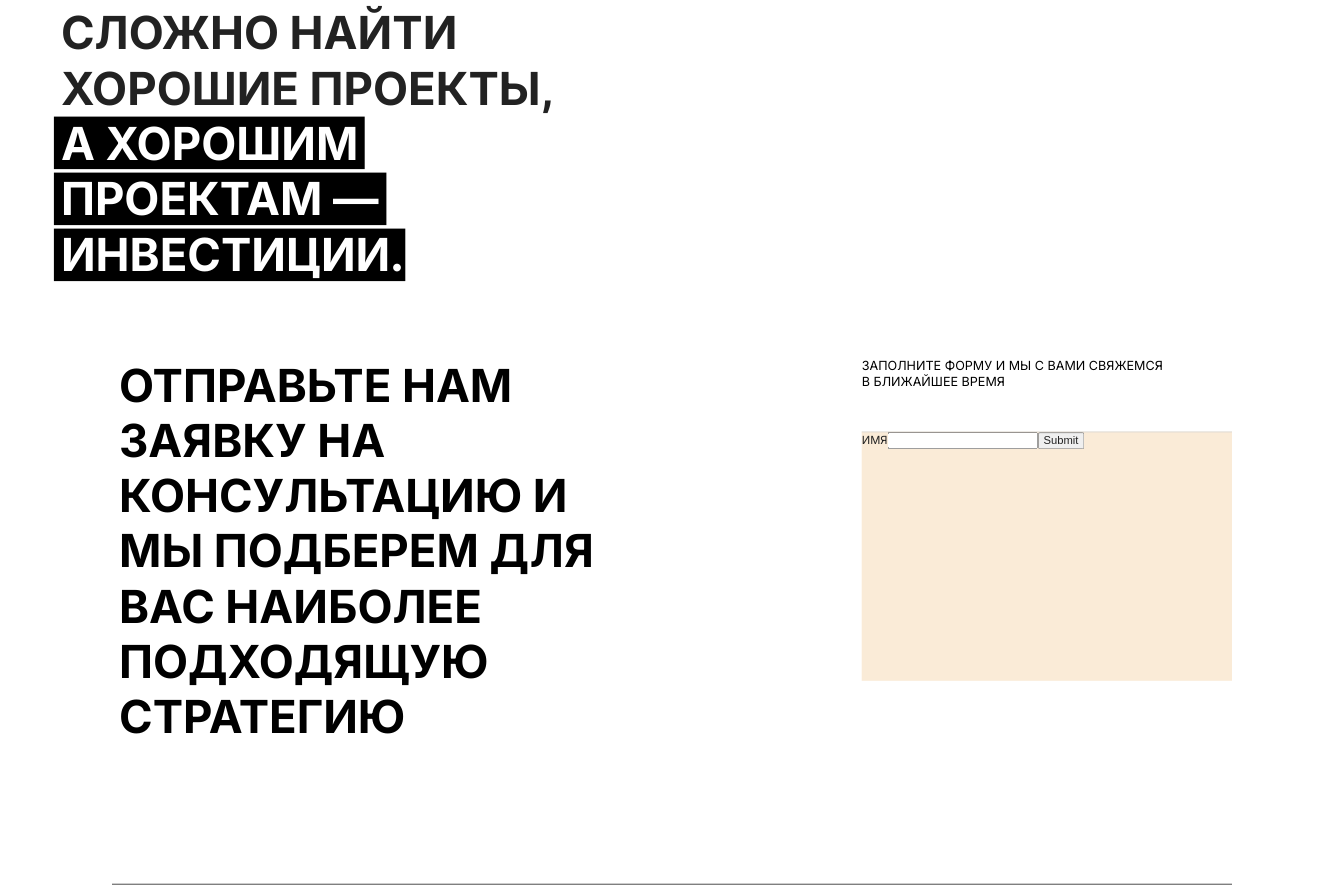
Repository: NadyaKorvin/frontiers
Page: /
These files come from the project's save history. The page is drawn as it stood at one moment and after the next save; the edit follows.
The browser window is 1280 px wide. The page is 1920 px wide, so the pictures cover 1920 px, including what lies to the right of the window. The pictures show the part of the page from y = 1152 to 2432 px (the page is 2665 px tall), at 70% of full size.
The project was rebuilt for these pictures with package versions that can differ from the ones it lists, and the page was loaded fresh each time.

Above is the page before, as saved 2022-05-23 17:24:19.

After the next save:
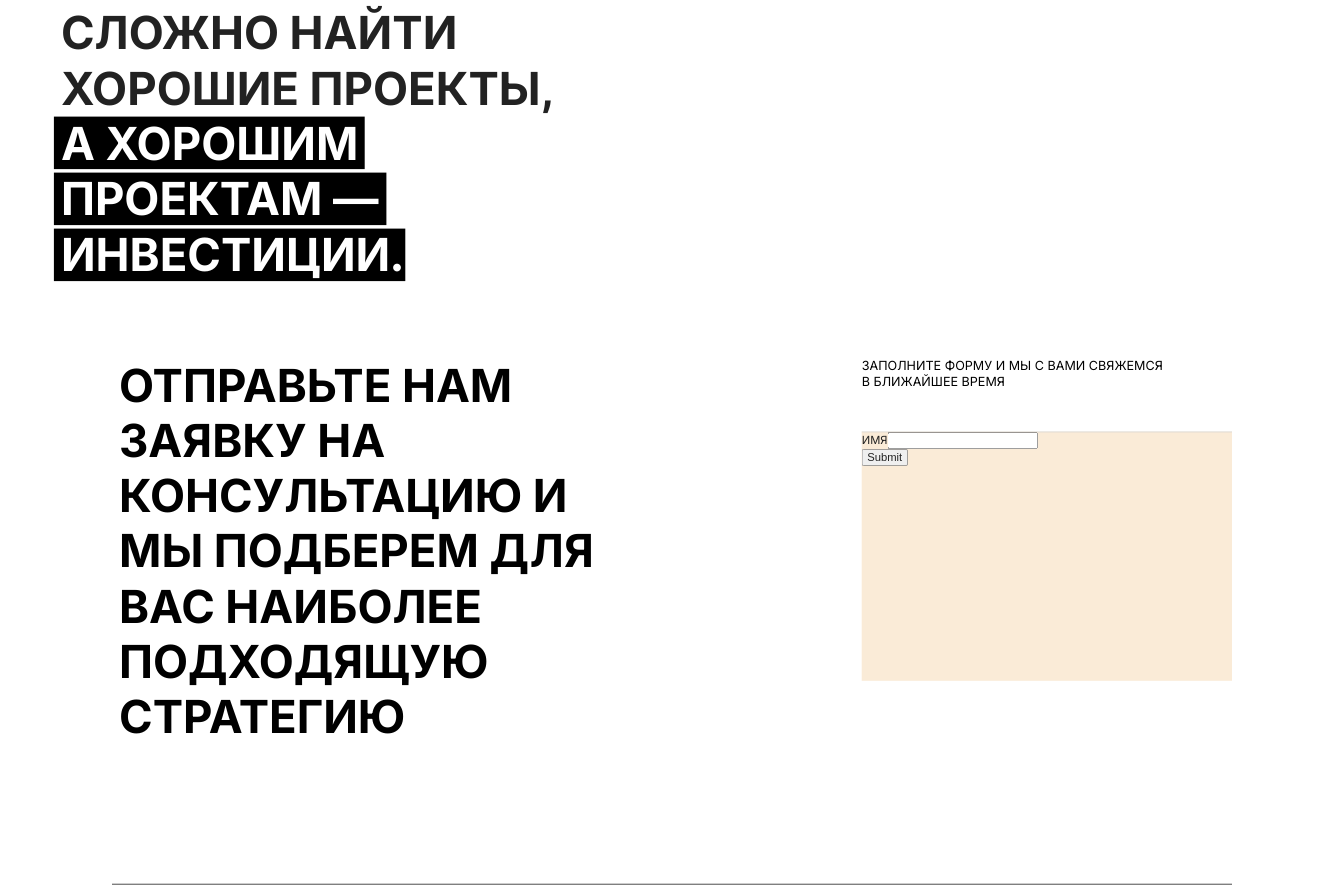
Saved 12 min 53 s later.
--- a/src/components/lastScreen/Form.js
+++ b/src/components/lastScreen/Form.js
@@ -26,6 +26,7 @@ export default function Form() {
       <label>ИМЯ
         <input {...register("name")} />
       </label>
+      <div className={style.borders}></div>
       <input type="submit" />
     </form>
   );
